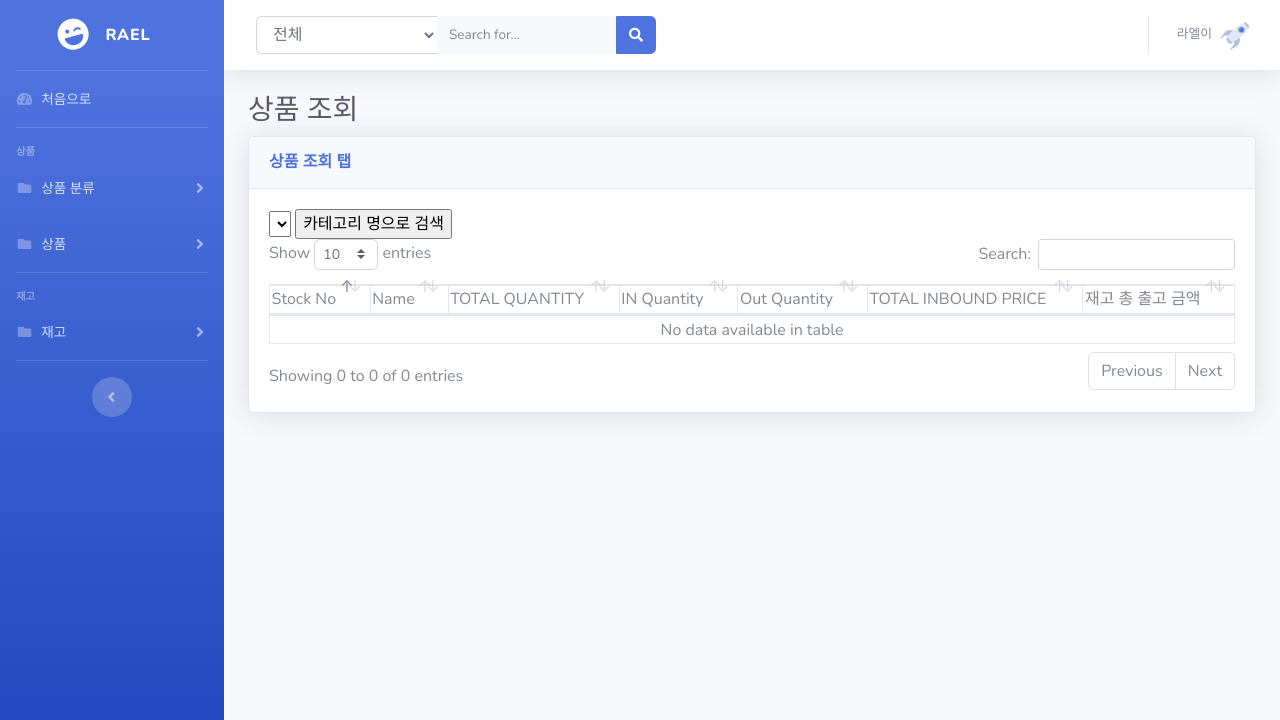
Repository: sww232/springRaelProject
Page: http://localhost/rael/WEB-INF/views/stock/stock_select.jsp
An editor plug-in stored every save of this project. The page is shown before and after the next save, followed by the edit.
The browser window is 1280 px wide. The pictures show the whole page.
The page is served by Tomcat 9. Nobody is signed in. The template is opened directly, without the code that normally fills it, so the values that code supplies are empty.

Above is the page before, as saved 2022-10-10 13:56:12.

After the next save:
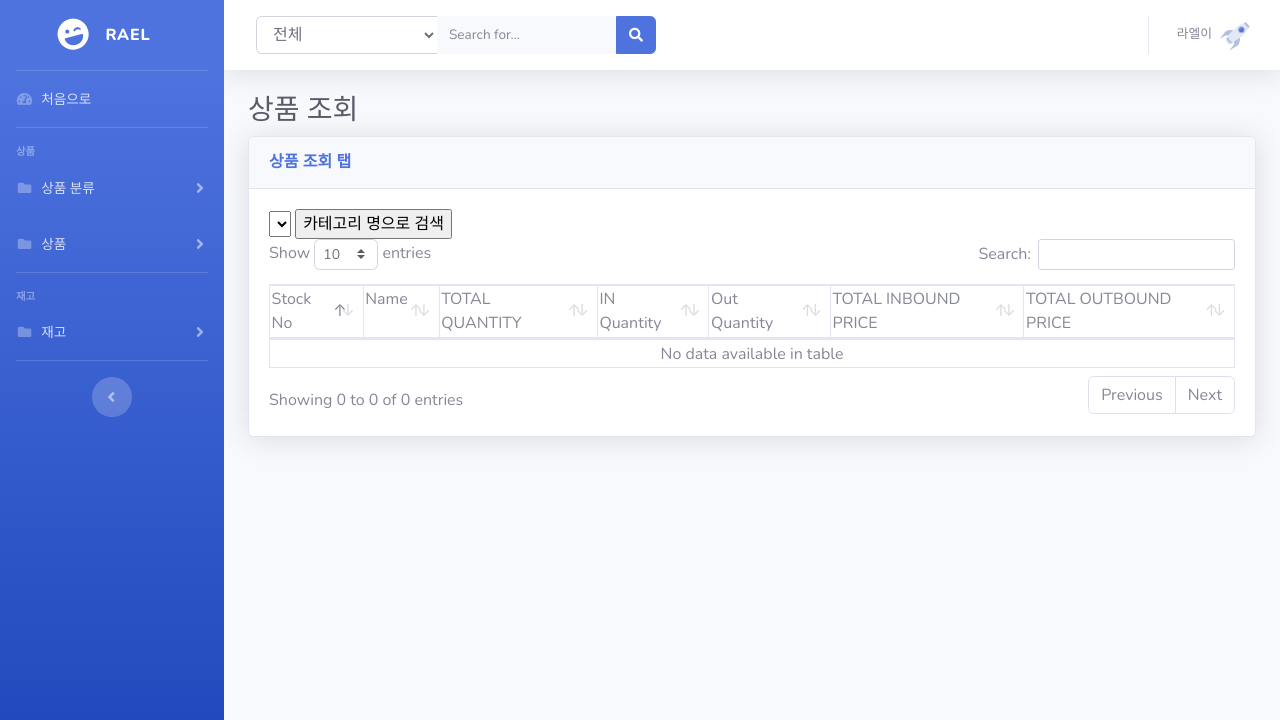
Saved 6 s later.
--- a/raelproject3/rael/src/main/webapp/WEB-INF/views/stock/stock_select.jsp
+++ b/raelproject3/rael/src/main/webapp/WEB-INF/views/stock/stock_select.jsp
@@ -295,7 +295,7 @@
 														<td>IN Quantity</td>
 														<td>Out Quantity</td>
 														<td>TOTAL INBOUND PRICE</td>
-														<td>재고 총 출고 금액</td>
+														<td>TOTAL OUTBOUND PRICE</td>
 													</tr>
 												</thead>
 												<tbody>
